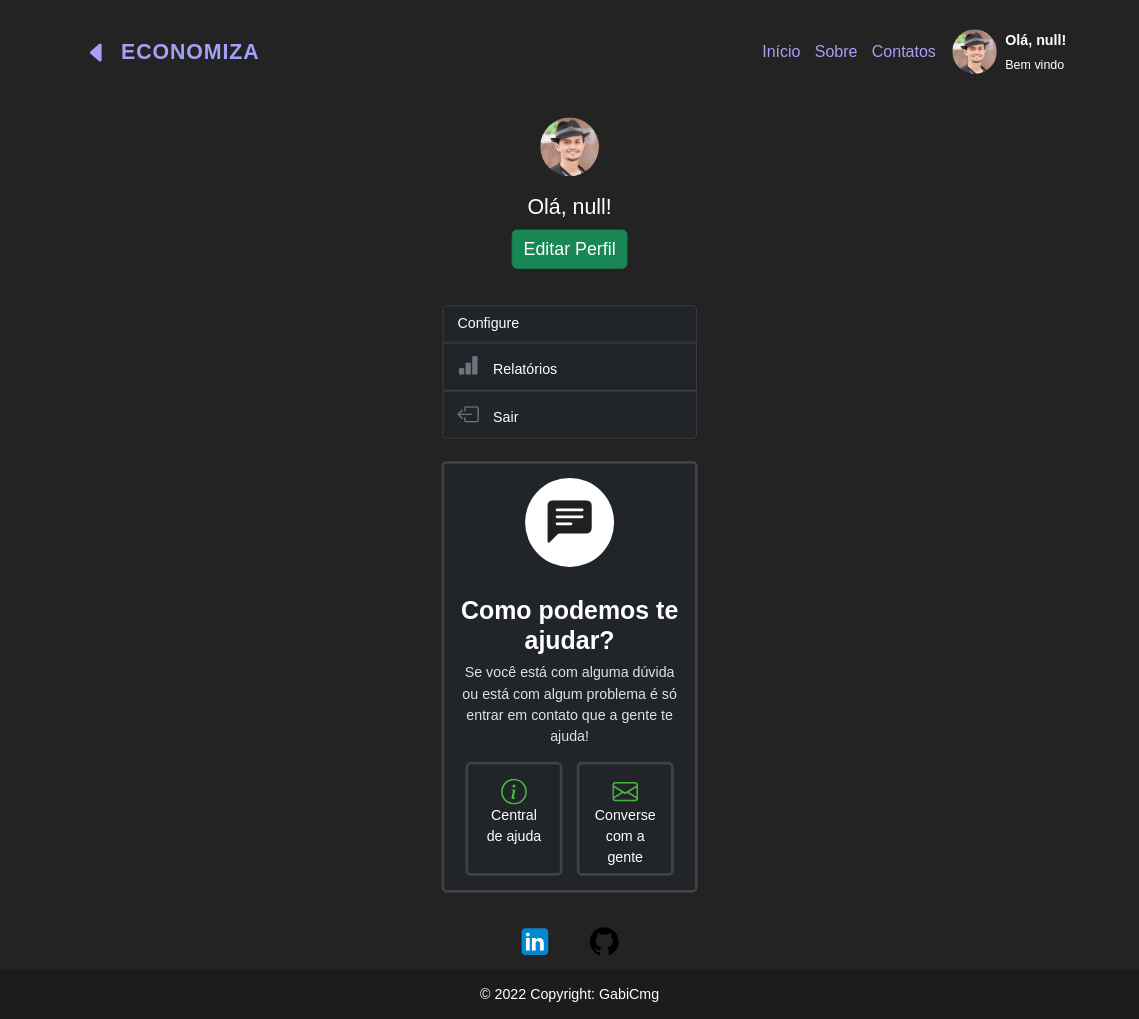
Repository: QuatroQuatros/Economiza-JSP
Page: http://localhost/Economiza/pages/user.jsp
These files come from the project's save history. The page is drawn as it stood at one moment and after the next save; the edit follows.
The browser window is 1280 px wide. The pictures show the whole page, at 89% of full size.
Pictures or frames that could not be fetched are drawn as grey boxes. Some web fonts or font styles are not loaded; a fallback is used. The page is served by Tomcat 9.

Above is the page before, as saved 2023-11-15 02:51:03.

After the next save:
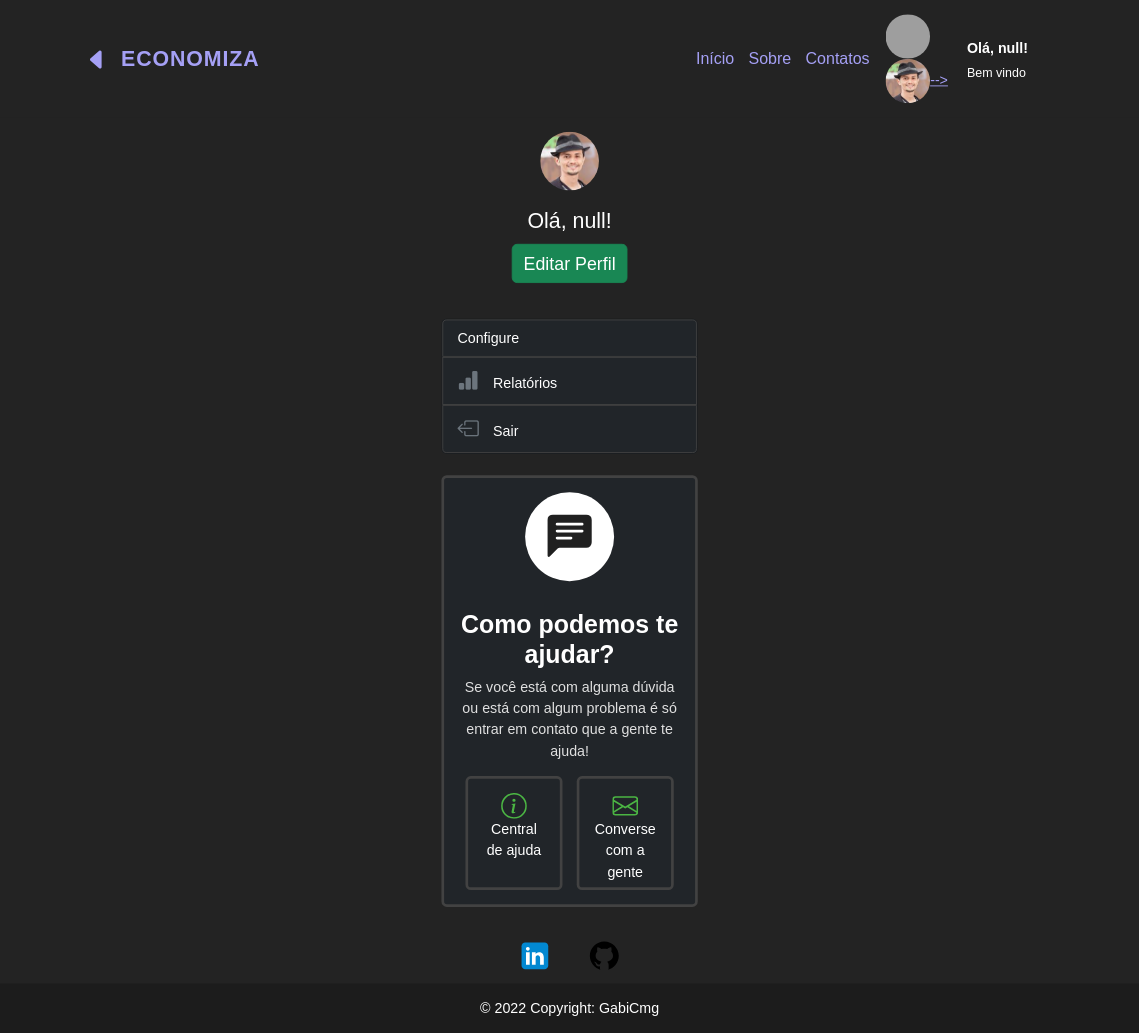
Saved 66 s later.
--- a/Economiza/src/main/webapp/pages/user.jsp
+++ b/Economiza/src/main/webapp/pages/user.jsp
@@ -65,7 +65,8 @@
               <div class="user-profile">
                 <div class="user-photo">
                   <a href="./user.html">
-                    <img src="../img/user2.jpg" />
+                   <img src= <%= session.getAttribute("foto") %> />
+                    <!--  --><img src="../img/user2.jpg" />-->
                   </a>
                 </div>
                 <div class="user-info">

After the 2 saves that followed:
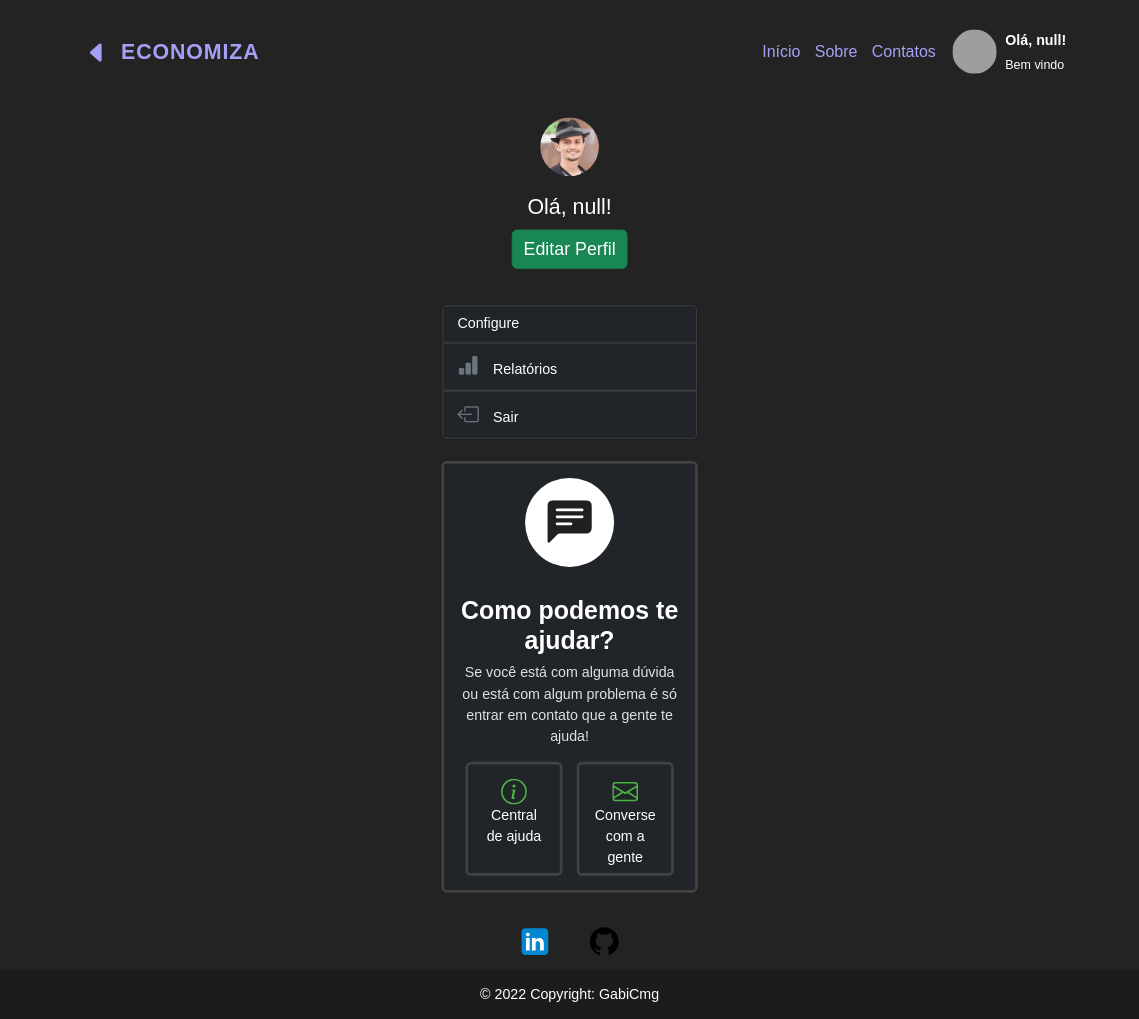
The 2 saves are shown as one change because 1 left the picture as it was.
The last was saved 79 s later.
--- a/Economiza/src/main/webapp/pages/user.jsp
+++ b/Economiza/src/main/webapp/pages/user.jsp
@@ -65,8 +65,7 @@
               <div class="user-profile">
                 <div class="user-photo">
                   <a href="./user.html">
-                   <img src= <%= session.getAttribute("foto") %> />
-                    <!--  --><img src="../img/user2.jpg" />-->
+                   <img src="<%= session.getAttribute("foto") %>" />
                   </a>
                 </div>
                 <div class="user-info">
